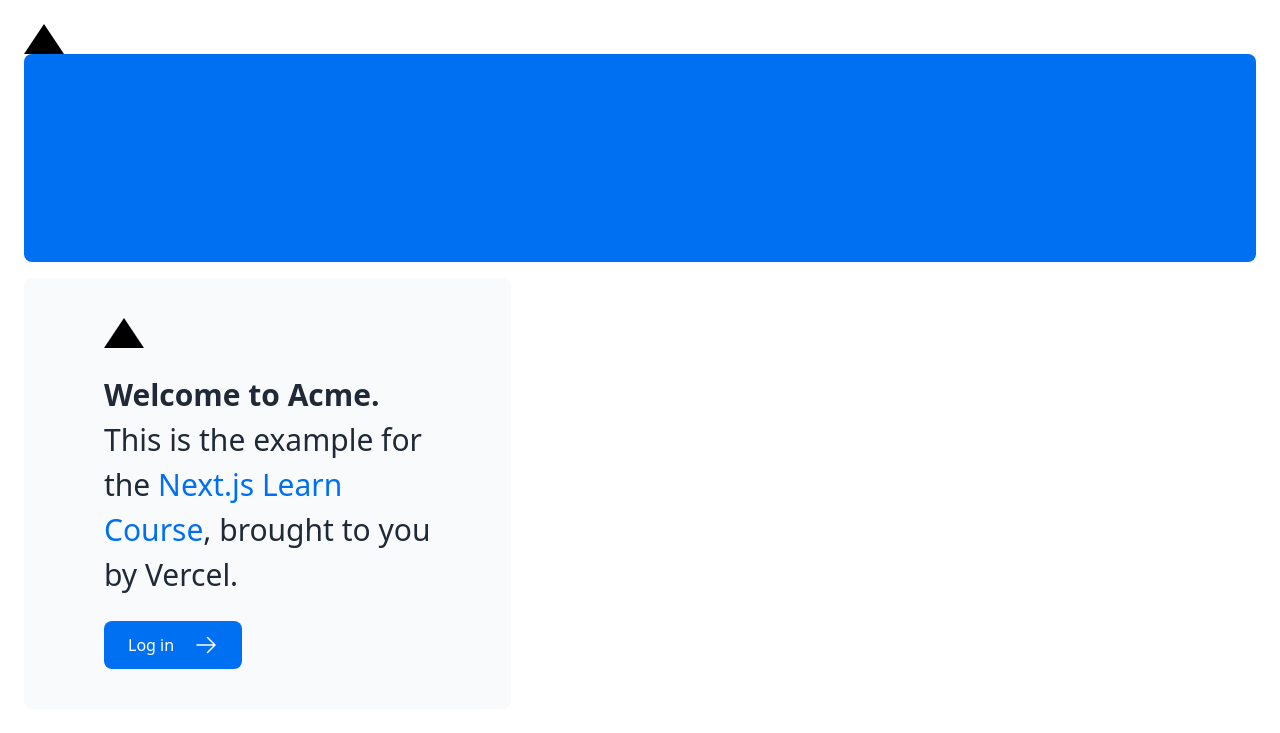
Repository: zhaoljgithub/nextjs-dashboard
Page: /
The author's editor kept a copy of each file at every save. The page is drawn from the files as they stood at one save, then again after the next save.
The browser window is 1280 px wide. The pictures show the whole page.
The project was rebuilt for these pictures with package versions that can differ from the ones it lists, and the page was loaded fresh each time. The framework's server and built-in components were replaced by stand-ins that run in the browser. Also part of the build but not shown: next.config.js.

Above is the page before, as saved 2024-04-09 17:18:03.

After the next save:
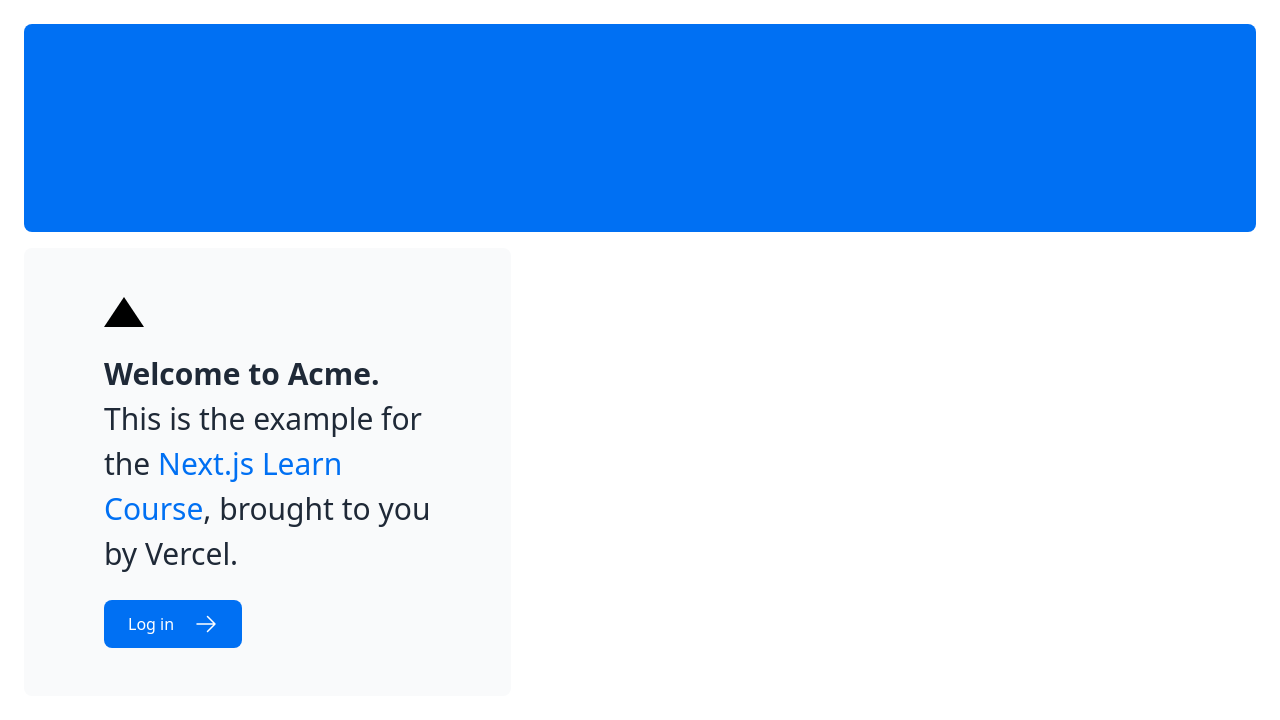
Saved 53 s later.
--- a/app/page.tsx
+++ b/app/page.tsx
@@ -1,13 +1,10 @@
 import AcmeLogo from '@/app/ui/acme-logo';
 import { ArrowRightIcon } from '@heroicons/react/24/outline';
 import Link from 'next/link';
-import styles from '@/app/ui/home.module.css';
 
 export default function Page() {
   return (
     <main className="flex min-h-screen flex-col p-6">
-      <div className={styles.shape} />
-
       <div className="flex h-20 shrink-0 items-end rounded-lg bg-blue-500 p-4 md:h-52">
         {/* <AcmeLogo /> */}
       </div>
